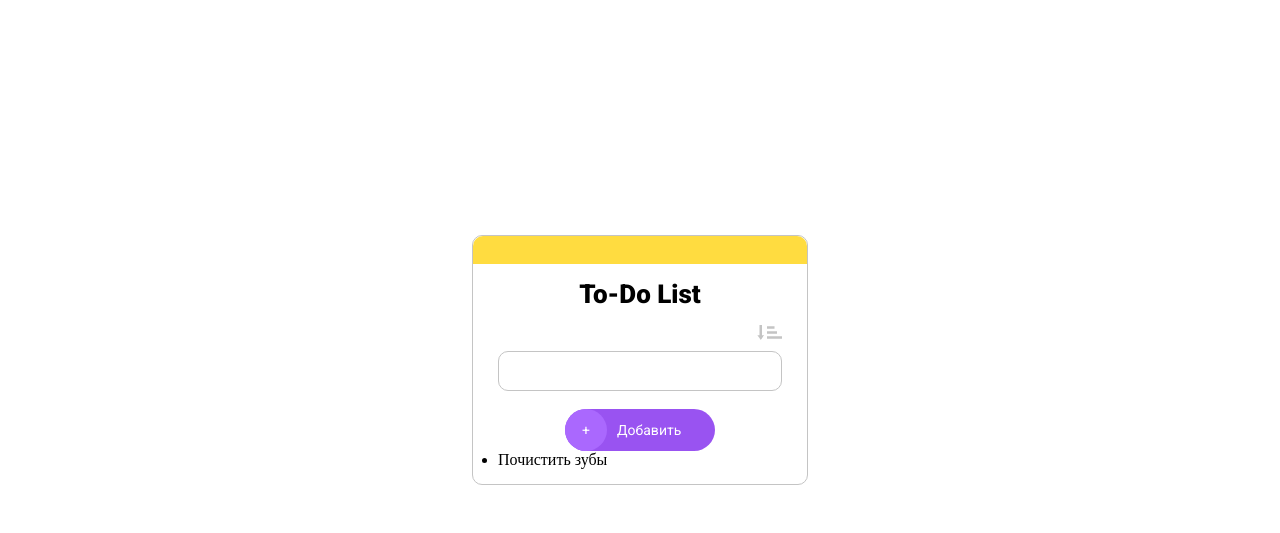
Repository: PoladEziz/Task-15
Page: index.html
These files come from the project's save history. The page is drawn as it stood at one moment and after the next save; the edit follows.
The browser window is 1280 px wide. The pictures show the whole page.
The style sheet was rebuilt from its Sass, Less or Tailwind sources for each picture, by a compiler version that may differ from the author's.

Above is the page before, as saved 2023-08-10 15:46:54.

After the next save:
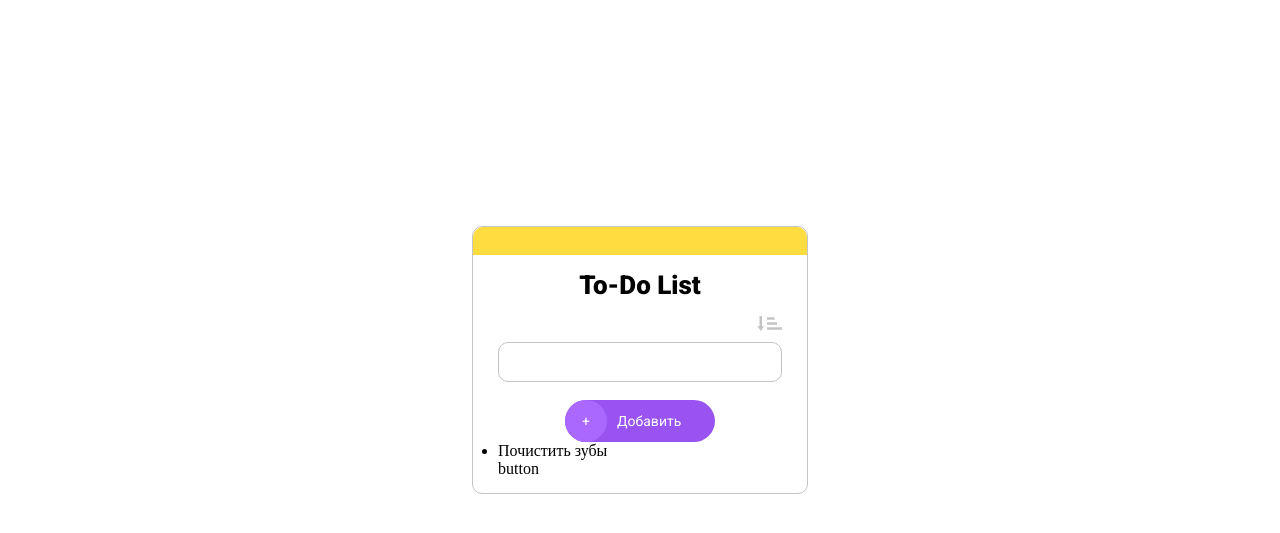
Saved 15 s later.
--- a/index.html
+++ b/index.html
@@ -21,6 +21,7 @@
                 <ul>
                     <li>
                         <p>Почистить зубы</p>
+                        button
                     </li>
                 </ul>
 

After the save that followed:
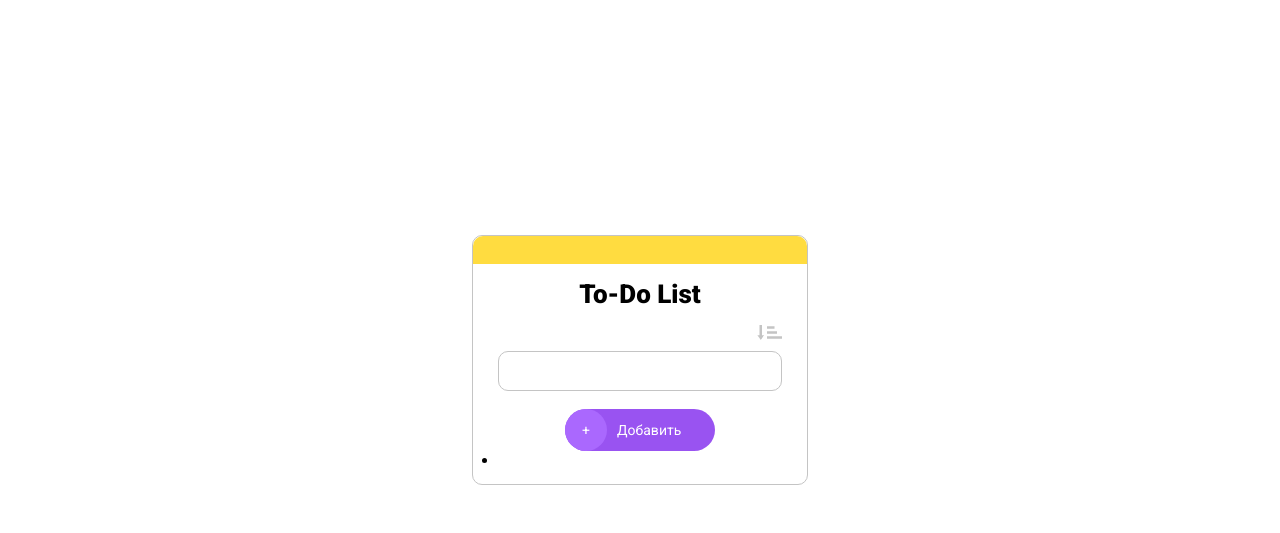
Saved 8 s later.
--- a/index.html
+++ b/index.html
@@ -20,8 +20,7 @@
                 </form>
                 <ul>
                     <li>
-                        <p>Почистить зубы</p>
-                        button
+                        <p></p>
                     </li>
                 </ul>
 
